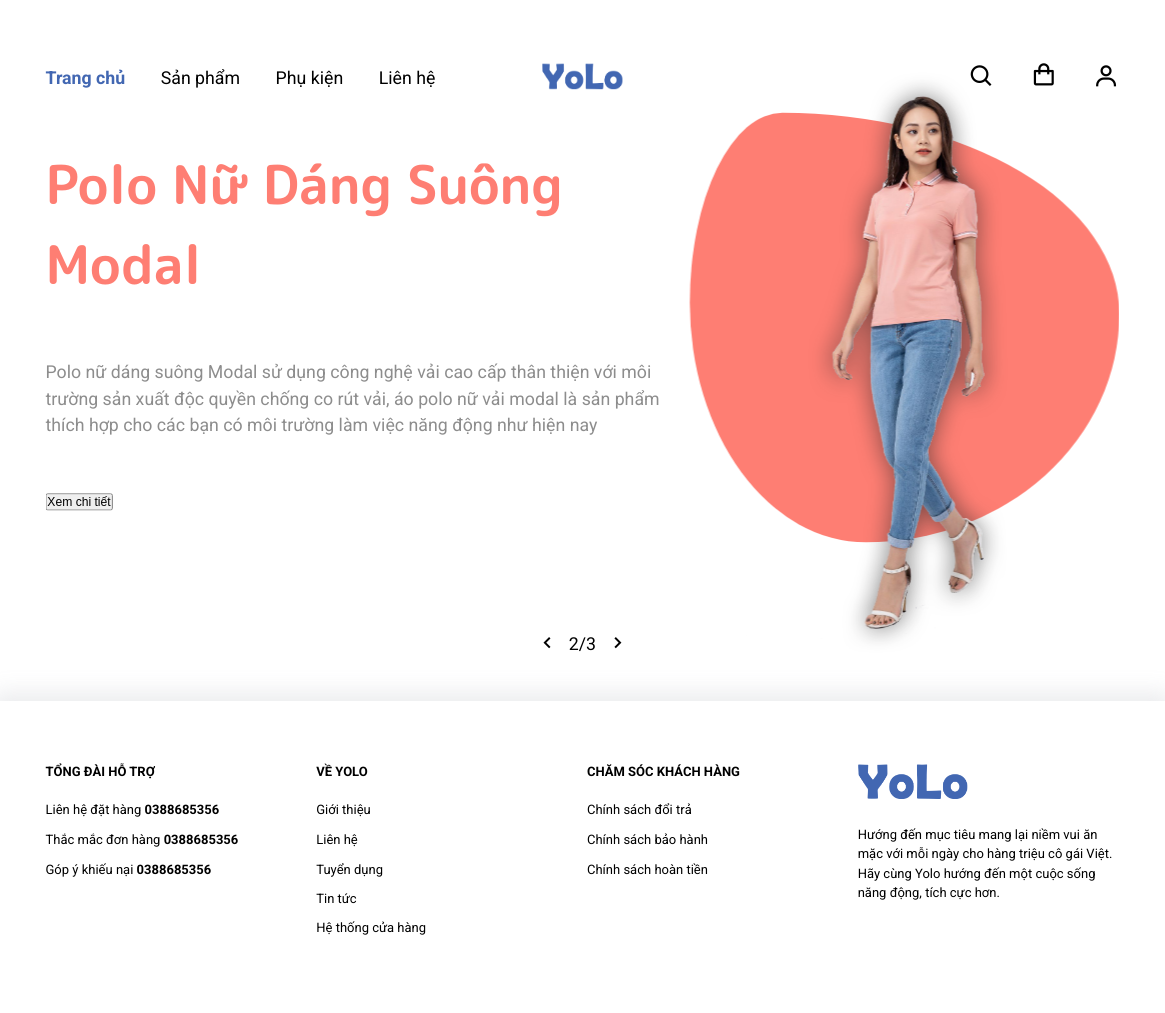
Repository: NguyenThanhBinh1210/Binh-React
Page: / (app in yoloshop/)
An editor plug-in stored every save of this project. The page is shown before and after the next save, followed by the edit.
The browser window is 1280 px wide. The pictures show the whole page, at 91% of full size.
The project was rebuilt for these pictures with package versions that can differ from the ones it lists, and the page was loaded fresh each time. A package was used in the major version that the imports need, not the one package.json lists. Also part of the build but not shown: yoloshop/src/pages/Product.jsx, yoloshop/src/pages/Catalog.jsx, yoloshop/src/pages/Cart.jsx, yoloshop/src/pages/Accessory.jsx, yoloshop/src/pages/Contact.jsx.

Above is the page before, as saved 2021-11-25 15:55:53.

### yoloshop/src/index.js
import React from 'react'
import ReactDOM from 'react-dom'
import Layout from './components/Layout'
import reportWebVitals from './reportWebVitals'
import './assets/boxicons-2.0.7/css/boxicons.min.css'
import './sass/index.scss'

ReactDOM.render(
	<React.StrictMode>
		<Layout />
	</React.StrictMode>,
	document.getElementById('root')
)

// If you want to start measuring performance in your app, pass a function
// to log results (for example: reportWebVitals(console.log))
// or send to an analytics endpoint. Learn more: https://bit.ly/CRA-vitals
reportWebVitals()

### yoloshop/src/components/Layout.jsx
import React from 'react'
import { BrowserRouter, Route } from 'react-router-dom'
import Header from './Header'
import Footer from './Footer'
import Routess from '../routes/Routess'

export default function Layout() {
	return (
		<BrowserRouter>
			<Route
				render={props => (
					<div>
						<Header {...props} />
						<div className="container">
							<div className="main">
								<Routess />
							</div>
						</div>
						<Footer />
					</div>
				)}
			/>
		</BrowserRouter>
	)
}

### yoloshop/src/sass/index.scss
@import './variables';
@import './mixins';
@import './base.scss';

@import './components/header';
@import './components/footer';
@import './components/hero-slider.scss';

### yoloshop/src/components/Header.jsx
import React, { useEffect, useRef } from 'react'
import logo from '../assets/images/Logo-2.png'
import { Link, useLocation } from 'react-router-dom'

const mainNav = [
	{
		display: 'Trang chủ',
		path: '/'
	},
	{
		display: 'Sản phẩm',
		path: '/catalog'
	},
	{
		display: 'Phụ kiện',
		path: '/accessories'
	},
	{
		display: 'Liên hệ',
		path: '/contact'
	}
]
export default function Header() {
	const { pathname } = useLocation()
	const activeNav = mainNav.findIndex(e => e.path === pathname)
	const headerRef = React.useRef(null)

	useEffect(() => {
		window.addEventListener('scroll', () => {
			if (
				document.body.scrollTop > 80 ||
				document.documentElement.scrollTop > 80
			) {
				headerRef.current.classList.add('shrink')
			} else {
				headerRef.current.classList.remove('shrink')
			}
		})
		return () => {
			window.removeEventListener('scroll')
		}
	}, [])

	const menuLeft = useRef(null)

	const menuToggle = () => menuLeft.current.classList.toggle('active')

	return (
		<div className="header" ref={headerRef}>
			<div className="container">
				<div className="header__logo">
					<Link to="/">
						<img src={logo} alt="logo" />
					</Link>
				</div>
				<div className="header__menu">
					<div className="header__menu__mobile-toggle" onClick={menuToggle}>
						<i class="bx bx-menu-alt-left"></i>
					</div>
					<div className="header__menu__left" ref={menuLeft}>
						<div className="header__menu__left__close" onClick={menuToggle}>
							<i class="bx bx-chevron-left"></i>
						</div>
						{mainNav.map((item, index) => (
							<div
								key={index}
								className={`header__menu__item  header__menu__left__item ${
									index === activeNav ? 'active' : ''
								}`}
								onClick={menuToggle}
							>
								<Link to={item.path}>
									<span>{item.display}</span>
								</Link>
							</div>
						))}
					</div>
					<div className="header__menu__right">
						<div className="header__menu__item header__menu__right__item">
							<i class="bx bx-search"></i>
						</div>
						<div className="header__menu__item header__menu__right__item">
							<Link to="/cart">
								<i class="bx bx-shopping-bag"></i>
							</Link>
						</div>
						<div className="header__menu__item header__menu__right__item">
							<i class="bx bx-user"></i>
						</div>
					</div>
				</div>
			</div>
		</div>
	)
}

### yoloshop/src/components/Footer.jsx
import React from 'react'
import { Link } from 'react-router-dom'
import Grid from './Grid'
import logo from '../assets/images/Logo-2.png'

const footerAboutLinks = [
	{
		display: 'Giới thiệu',
		path: '/about'
	},
	{
		display: 'Liên hệ',
		path: '/contact'
	},
	{
		display: 'Tuyển dụng',
		path: '/about'
	},
	{
		display: 'Tin tức',
		path: '/about'
	},
	{
		display: 'Hệ thống cửa hàng',
		path: '/about'
	}
]

const footerCustomLinks = [
	{
		display: 'Chính sách đổi trả',
		path: '/about'
	},

	{
		display: 'Chính sách bảo hành',
		path: '/about'
	},

	{
		display: 'Chính sách hoàn tiền',
		path: '/about'
	}
]

export default function Footer() {
	return (
		<footer className="footer">
			<div className="container">
				<Grid col={4} mdCol={2} smCol={1} gap={10}>
					<div>
						<div className="footer__title">Tổng đài hỗ trợ</div>
						<div className="footer__content">
							<p>
								Liên hệ đặt hàng <strong> 0388685356</strong>
							</p>
							<p>
								Thắc mắc đơn hàng <strong> 0388685356</strong>
							</p>
							<p>
								Góp ý khiếu nại <strong> 0388685356</strong>
							</p>
						</div>
					</div>
					<div>
						<div className="footer__title">Về Yolo</div>
						<div className="footer__content">
							{footerAboutLinks.map((item, i) => (
								<p key={i} className="">
									<Link to={item.path}>{item.display}</Link>
								</p>
							))}
						</div>
					</div>
					<div>
						<div className="footer__title">Chăm sóc khách hàng</div>
						<div className="footer__content">
							{footerCustomLinks.map((item, i) => (
								<p key={i} className="">
									<Link to={item.path}>{item.display}</Link>
								</p>
							))}
						</div>
					</div>
					<div className="footer__about">
						<p>
							<Link to="/">
								<img src={logo} className="footer__logo" alt="logo" />
							</Link>
						</p>
						<p>
							Hướng đến mục tiêu mang lại niềm vui ăn mặc với mỗi ngày cho hàng
							triệu cô gái Việt. Hãy cùng Yolo hướng đến một cuộc sống năng
							động, tích cực hơn.
						</p>
					</div>
				</Grid>
			</div>
		</footer>
	)
}

### yoloshop/src/routes/Routess.jsx
import React from 'react'
import { Switch, Route } from 'react-router-dom'
import Home from '../pages/Home'
import Product from '../pages/Product'
import Catalog from '../pages/Catalog'
import Cart from '../pages/Cart'
import Accessory from '../pages/Accessory'
import Contact from '../pages/Contact'

const Routess = () => {
	return (
		<Switch>
			<Route path="/" exact component={Home}></Route>
			<Route path="/catalog/:slug" component={Product}></Route>
			<Route path="/catalog" component={Catalog}></Route>
			<Route path="/cart" component={Cart}></Route>
			<Route path="/accessories" component={Accessory}></Route>
			<Route path="/contact" component={Contact}></Route>
		</Switch>
	)
}

export default Routess

### yoloshop/src/sass/_variables.scss
$main-bg: #fff;
$main-color: #4267b2;

$txt-main-color: #000000;
$txt-second-color: #8d8d8d;
$txt-white: #fff;

$btn-main-bg: $main-color;
$btn-main-color: #fff;

$header-height: 170px;
$header-tablet-height: 70px;
$header-mobile-height: 40px;
$header-shrink-height: 70px;

$box-shadow: rgba(149, 157, 165, 0.2) 0px 0px 24px 8px;

$colors: (
	'blue': #4267b2,
	'orange': #fbb96b,
	'pink': #fe7e73,
	'white': #fff,
	'black': #000,
	'main': $main-color
);

$mobile-width: 600px;
$tablet-width: 1024px;

$numbers: (0, 1, 2, 3, 4, 5, 6, 7, 8);

### yoloshop/src/sass/_mixins.scss
@mixin flex($align-item, $justify-content) {
	display: flex;
	align-items: $align-item;
	justify-content: $justify-content;
}

@mixin mobile {
	@media only screen and (max-width: $mobile-width) {
		@content;
	}
}
@mixin tablet {
	@media only screen and (max-width: $tablet-width) {
		@content;
	}
}

### yoloshop/src/sass/_base.scss
@import url('https://fonts.googleapis.com/css2?family=Roboto:ital,wght@0,100;0,300;0,400;0,500;0,700;0,900;1,100;1,300;1,400;1,500;1,700;1,900&display=swap');

@import url('https://fonts.googleapis.com/css2?family=M+PLUS+Rounded+1c:wght@100;300;400;500;700;800;900&display=swap');

* {
	padding: 0;
	margin: 0;
	box-sizing: border-box;
	-webkit-tap-highlight-color: transparent;
	user-select: none;
}

html {
	font-size: 13px;
}

body {
	font-family: 'Roboto', sans-serif;
}

ul {
	list-style-type: none;
}

a {
	text-decoration: none;
	color: unset;
}

@each $color, $val in $colors {
	.color-#{$color} {
		color: $val;
	}

	.bg-#{$color} {
		background-color: $val;
	}
}

@each $val in $numbers {
	.grid-col-#{$val} {
		grid-template-columns: repeat($val, 1fr);
	}
}

@each $val in $numbers {
	.grid-col-md-#{$val} {
		@include tablet {
			grid-template-columns: repeat($val, 1fr);
		}
	}
}

@each $val in $numbers {
	.grid-col-sm-#{$val} {
		@include mobile {
			grid-template-columns: repeat($val, 1fr);
		}
	}
}

.container {
	width: 100%;
	max-width: 1620px;
	padding: 0 50px;
	margin: auto;

	@include tablet {
		padding: 0 20px;
	}

	@include mobile {
		padding: 0 10px;
	}
}

.main {
	margin-top: $header-height;
	margin-bottom: 2rem;
	min-height: 100vh;

	@include tablet {
		margin-top: calc(#{$header-tablet-height} + 20px);
	}
	@include mobile {
		margin-top: calc(#{$header-mobile-height} + 10px);
	}
}

.grid {
	display: grid;
}

### yoloshop/src/sass/components/_header.scss
.header {
	background-color: $main-bg;
	position: fixed;
	top: 0;
	left: 0;
	width: 100%;
	z-index: 99;
	height: $header-height;
	transition: height 0.3s ease;

	@include tablet {
		height: $header-tablet-height;
		box-shadow: $box-shadow;
	}
	@include mobile {
		height: $header-mobile-height;
	}

	.container {
		height: 100%;
	}

	&.shrink {
		height: $header-shrink-height;
		box-shadow: $box-shadow;
		z-index: 10001;
	}

	&__logo {
		@include flex(center, center);
		position: absolute;
		inset: 0;
		pointer-events: none;

		img {
			height: 28px;
		}
	}

	&__menu {
		@include flex(center, space-between);
		height: 100%;
		font-size: 1.5rem;

		&__item ~ &__item {
			margin-left: 39px;
			@include tablet {
				margin-left: 20px;
			}
			@include mobile {
				margin-left: 10px;
			}
		}
		&__item.active {
			font-weight: 600;
			color: $main-color;
		}
		&__item:hover {
			color: $main-color;
		}
		&__left,
		&__right {
			@include flex(center, center);
			height: 100%;
		}

		&__right {
			font-size: 2.25rem;
			&__item {
				@include flex(center, center);
			}
			@include mobile {
				font-size: 1.5rem;
			}
		}

		&__left {
			&__close {
				display: none;
			}

			@include tablet {
				flex-direction: column;
				background-color: $main-bg;
				position: absolute;
				left: 0;
				top: 0;
				width: 100%;
				height: 100vh;
				justify-content: flex-start;
				padding-top: 30px;
				transform: translateX(-100%);
				transition: transform 0.5s ease;

				&.active {
					transform: translateX(0);
				}

				&__item ~ &__item {
					margin-left: unset;
					margin-top: 20px;
				}
				&__close {
					display: block;
					position: absolute;
					left: 20px;
					font-size: 2.5rem;
				}
			}
		}
		&__mobile-toggle {
			display: none;

			@include tablet {
				display: block;
				font-size: 2.5rem;
			}
		}
	}
}

### yoloshop/src/sass/components/_footer.scss
.footer {
	padding: 70px 0;
	box-shadow: $box-shadow;
	font-size: 1.1rem;
	a:hover {
		color: $main-color;
	}
	&__logo {
		height: 38px;
	}
	&__about {
		p {
			margin-bottom: 2rem;
		}
		p:not(:first-child) {
			line-height: 1.5;
		}
	}
	&__title {
		text-transform: uppercase;
		margin-bottom: 2rem;
		font-weight: 600;
	}
	&__content {
		p {
			margin-bottom: 1.25rem;
		}
	}
}

### yoloshop/src/sass/components/_hero-slider.scss
.hero-slider {
	height: 100vh;
	max-height: 1080px;
	overflow: hidden;
	position: relative;
	margin-bottom: 50px;
	margin-top: calc(#{$header-height} * -1);
	@include tablet {
		margin-top: calc(#{$header-tablet-height} * -1);
	}
	@include mobile {
		margin-top: calc(#{$header-mobile-height} * -1);
	}
	&__item {
		@include flex(center, space-between);
		opacity: 0;
		visibility: hidden;
		pointer-events: none;
		position: absolute;
		inset: 0;
		&.active {
			opacity: 1;
			visibility: visible;
			pointer-events: visible;
		}
		&__info {
			width: 58.33%;
			&__title,
			&__description {
				margin-bottom: 60px;

				@include tablet {
					margin-bottom: 15px;
				}
			}
			&__title {
				font-family: 'M Plus Rounded 1c', sans-serif;
				font-weight: 600;
				font-size: 4.5rem;
				line-height: 6.75rem;
				overflow: hidden;
			}
			&__description {
				color: $txt-second-color;
				font-size: 1.5rem;
				line-height: 2.25rem;
				overflow: hidden;
			}
			&__btn {
				overflow: hidden;
			}
		}
		&__image {
			flex-grow: 1;
			position: relative;
			height: 100%;
			z-index: 1000;
			pointer-events: none;
			img {
				height: 95vh;
				position: absolute;
				bottom: 0;
				right: 0;
			}
			.shape {
				$size: 472px;
				height: $size;
				width: $size;
				position: absolute;
				right: 0;
				top: 50%;
				border-radius: 30% 70% 70% 30% / 30% 30% 70% 70%;
				transform: translate(0, -50%);
				transition: border-radius 13s ease;
				animation: border 10s infinite forwards;
			}
		}
	}
	&__control {
		@include flex(center, center);
		position: absolute;
		bottom: 0;
		left: 50%;
		transform: translateX(-50%);

		&__item ~ &__item {
			margin-left: 10px;
		}
		&__item {
			@include flex(center, center);
			font-size: 2rem;
			cursor: pointer;

			&:hover {
				color: $main-color;
			}
			.index {
				font-size: 1.5rem;
			}
		}
	}
}

@keyframes border {
	0% {
		border-radius: 30% 70% 70% 30% / 30% 30% 70% 70%;
	}
	50% {
		border-radius: 20% 80% 59% 41% / 43% 45% 55% 57%;
	}
	100% {
		border-radius: 32% 68% 59% 41% / 53% 59% 41% 47%;
	}
}

### yoloshop/src/components/Grid.jsx
import React from 'react'
import PropTypes from 'prop-types'

const Grid = props => {
	const style = {
		gap: props.gap ? `${props.gap}px` : '0'
	}
	const col = props.col ? `grid-col-${props.col}` : '0'
	const mdCol = props.mdCol ? `grid-col-${props.mdCol}` : '0'
	const smCol = props.smCol ? `grid-col-${props.smCol}` : '0'
	return (
		<div className={`grid ${col} ${mdCol} ${smCol}`} style={style}>
			{props.children}
		</div>
	)
}

Grid.propTypes = {
	col: PropTypes.number.isRequired,
	mdCol: PropTypes.number,
	smCol: PropTypes.number,
	gap: PropTypes.number
}

export default Grid

### yoloshop/src/pages/Home.jsx
import React from 'react'
import heroSliderData from '../assets/fake-data/hero-slider'
import Helmet from '../components/Helmet'
import HeroSlider from '../components/HeroSlider'

const Home = () => {
	return (
		<Helmet title="Trang chủ">
			<HeroSlider data={heroSliderData} control={true} />
		</Helmet>
	)
}

export default Home

### yoloshop/src/assets/fake-data/hero-slider.js
const img1 = require('../images/slider/slide_1.png').default
const img2 = require('../images/slider/slide_2.png').default
const img3 = require('../images/slider/slide_3.png').default

const heroSliderData = [
	{
		title: 'Polo nữ Pima cao cấp',
		description:
			'Nhắc đến sự đẳng cấp là không thể không nhắc đến dòng vải pima. Nó tạo nên chất lượng tốt nhất cho bất kỳ sản phẩm thời trang nào. Sợi vải pima dài và dày hơn sợi cotton thông thường gấp đôi nhờ công nghệ dệt tân tiến. Điều đó làm cho kết cấu áo polo chắc chắn, bền chặt, hạn chế tối đa xù lông, mềm mượt, bền màu, vô cùng đảm bảo sức khoẻ người dùng',
		img: img1,
		color: 'blue',
		path: '/catalog/ao-thun-dinosaur-01'
	},
	{
		title: 'Polo Nữ Dáng Suông Modal',
		description:
			'Polo nữ dáng suông Modal sử dụng công nghệ vải cao cấp thân thiện với môi trường sản xuất độc quyền chống co rút vải, áo polo nữ vải modal là sản phẩm thích hợp cho các bạn có môi trường làm việc năng động như hiện nay',
		img: img2,
		path: '/catalog/ao-thun-dinosaur-02',
		color: 'pink'
	},
	{
		title: 'Polo Nữ Coolmax Lacoste',
		description:
			'Mẫu áo polo nữ được làm bằng chất liệu coolmax đem lại cảm giác mát lạnh khi mặc. Thiết kế mẫu áo polo coolmax này có kiểu dáng cực kỳ thoải mái. Tạo sự gọn gàng hứa hẹn sẽ là mẫu áo polo vô cùng hot trong thời điểm sắp tới',
		img: img3,
		path: '/catalog/ao-thun-dinosaur-03',
		color: 'orange'
	}
]

export default heroSliderData

### yoloshop/src/components/Helmet.jsx
import React from 'react'
import PropTypes from 'prop-types'

const Helmet = props => {
	document.title = 'Yolo - ' + props.title

	return <div>{props.children}</div>
}

Helmet.propTypes = {
	title: PropTypes.string.isRequired
}

export default Helmet

### yoloshop/src/components/HeroSlider.jsx
import React, { useState } from 'react'
import PropTypes from 'prop-types'
import { Link } from 'react-router-dom'

const HeroSlider = props => {
	const data = props.data
	// const activeSlider = 0
	const [activeSlider, setActiveSlider] = useState(1)
	return (
		<div className="hero-slider">
			{data.map((item, index) => (
				<HeroSliderItem
					key={index}
					item={item}
					active={index === activeSlider}
				/>
			))}
			{props.control ? (
				<div className="hero-slider__control">
					<div className="hero-slider__control__item">
						<i className="bx bx-chevron-left"></i>
					</div>
					<div className="hero-slider__control__item">
						<div className="index">
							{activeSlider + 1}/{data.length}
						</div>
					</div>

					<div className="hero-slider__control__item">
						<i className="bx bx-chevron-right"></i>
					</div>
				</div>
			) : null}
		</div>
	)
}

HeroSlider.propTypes = {
	data: PropTypes.array.isRequired,
	control: PropTypes.bool
}

const HeroSliderItem = props => (
	<div className={`hero-slider__item ${props.active ? 'active' : ''}`}>
		<div className="hero-slider__item__info">
			<div
				className={`hero-slider__item__info__title color-${props.item.color}`}
			>
				<span> {props.item.title}</span>
			</div>
			<div className="hero-slider__item__info__description">
				<span> {props.item.description}</span>
			</div>
			<div className="hero-slider__item__info__btn">
				<Link to={props.item.path}>
					<button>Xem chi tiết</button>
				</Link>
			</div>
		</div>
		<div className="hero-slider__item__image">
			<div className={`shape bg-${props.item.color}`}></div>
			<img src={props.item.img} alt={props.item.title} />
		</div>
	</div>
)

export default HeroSlider

Loaded but not shown: yoloshop/public/index.html (common file); yoloshop/src/reportWebVitals.js (common file); yoloshop/src/assets/boxicons-2.0.7/css/boxicons.min.css (library)

After the next save:
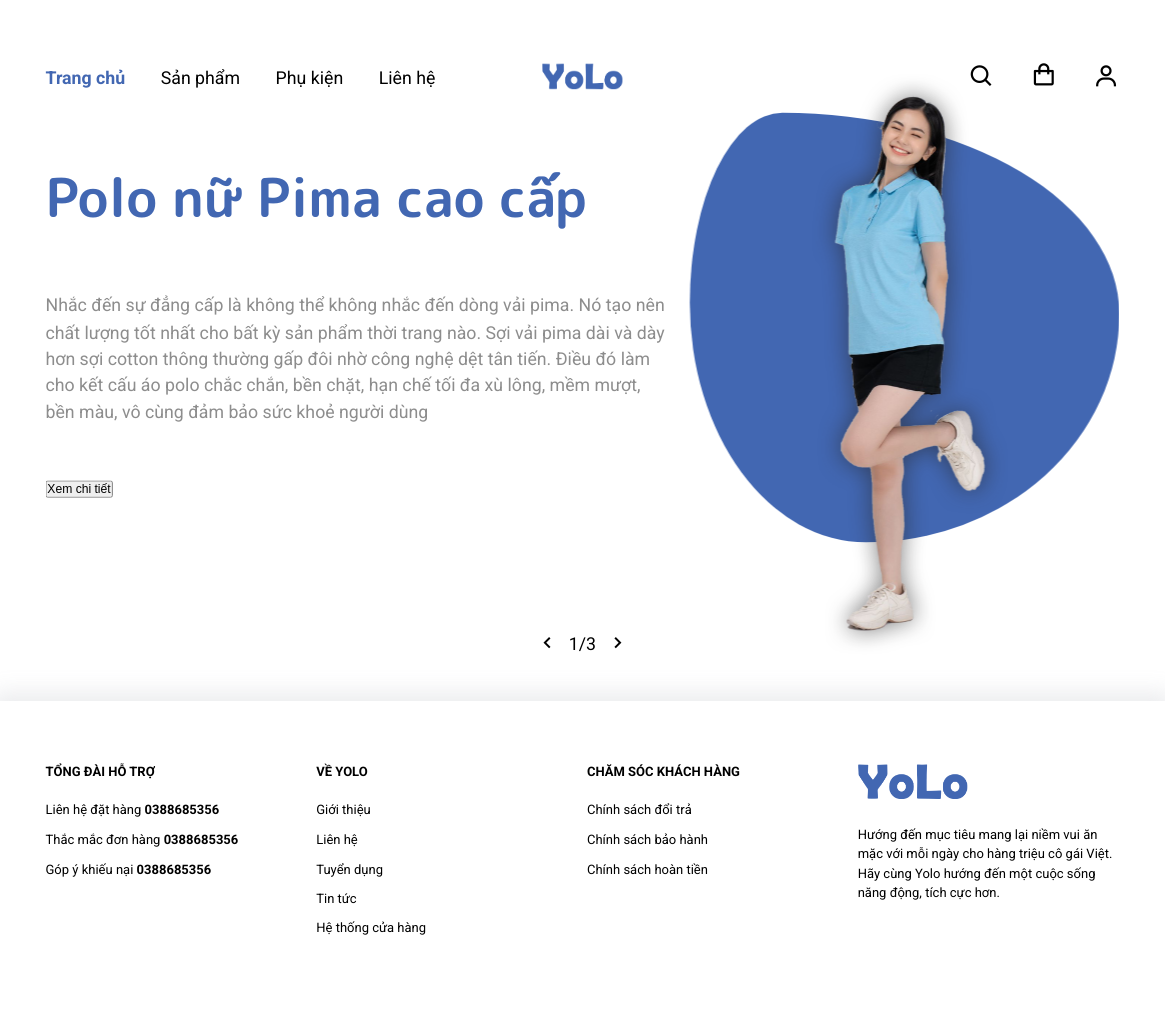
Saved 9 s later.
--- a/yoloshop/src/components/HeroSlider.jsx
+++ b/yoloshop/src/components/HeroSlider.jsx
@@ -5,7 +5,7 @@ import { Link } from 'react-router-dom'
 const HeroSlider = props => {
 	const data = props.data
 	// const activeSlider = 0
-	const [activeSlider, setActiveSlider] = useState(1)
+	const [activeSlider, setActiveSlider] = useState(0)
 	return (
 		<div className="hero-slider">
 			{data.map((item, index) => (
